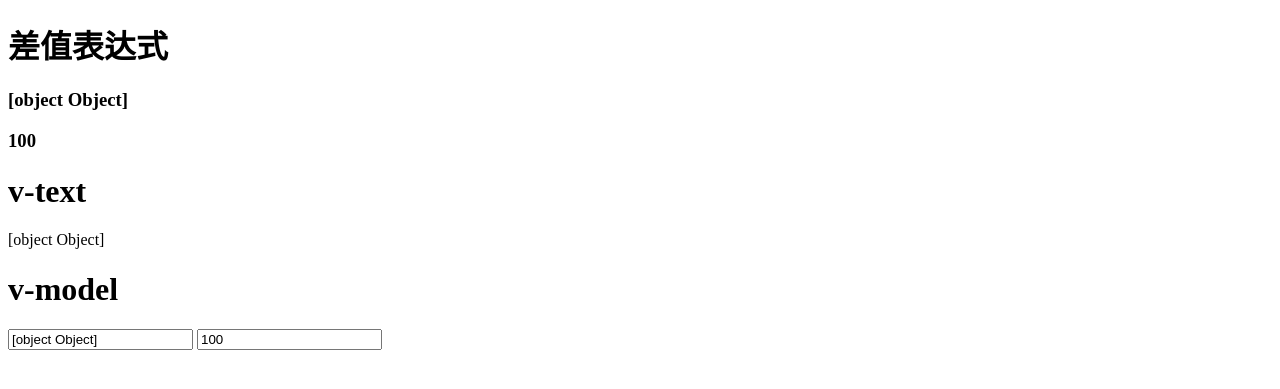
Repository: minfat/vue-reactive
Page: vue/index.html
These files come from the project's save history. The page is drawn as it stood at one moment and after the next save; the edit follows.
The browser window is 1280 px wide. The pictures show the whole page.

Above is the page before, as saved 2020-12-07 23:36:19.

After the next save:
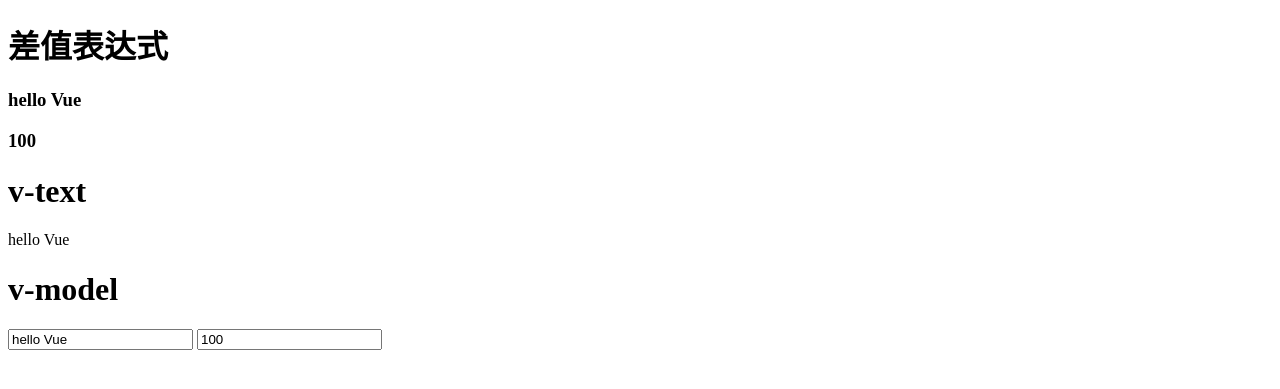
Saved 36 s later.
--- a/vue/index.html
+++ b/vue/index.html
@@ -35,7 +35,7 @@
         }
     })
     console.log(vm.msg)
-    vm.msg={
-        test:'hello'
-    }
+    // vm.msg={
+    //     test:'hello'
+    // }
 </script>
